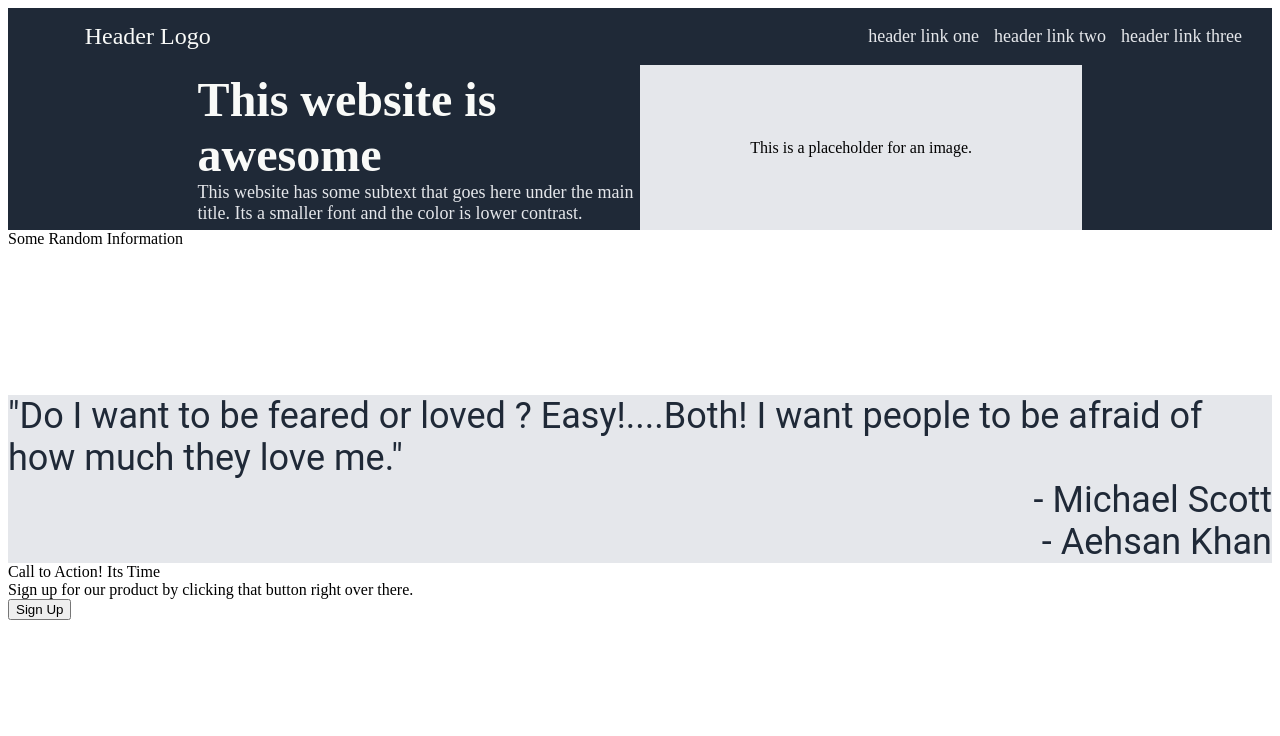
Repository: Aehsan4004/odinlandpage
Page: index.html
An editor plug-in stored every save of this project. The page is shown before and after the next save, followed by the edit.
The browser window is 1280 px wide. The pictures show the whole page.

Above is the page before, as saved 2025-02-10 17:42:25.

After the next save:
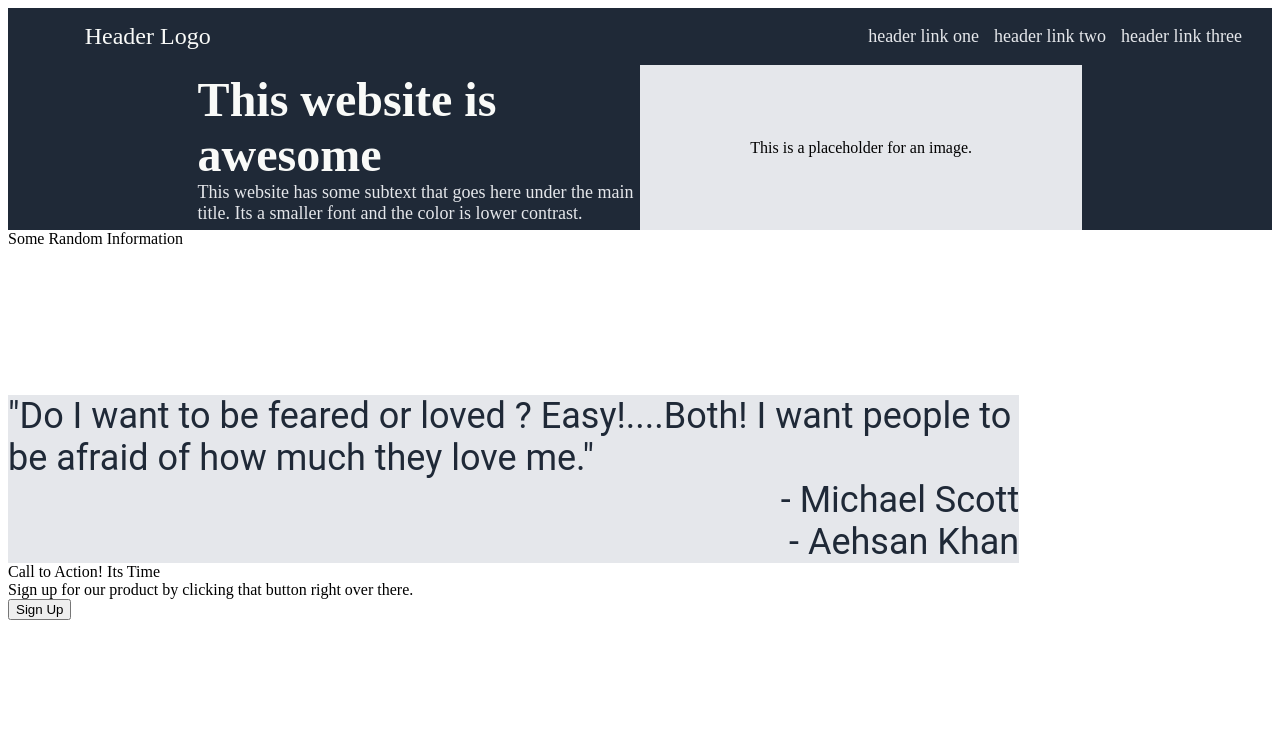
Saved 71 s later.
--- a/styles.css
+++ b/styles.css
@@ -85,13 +85,14 @@
 .four {
     height: 24vh;
     display: flex;
-    flex-direction: column;
+    flex-flow: column wrap;
     align-items: center;
     background-color: #e5e7eb;
     color: #1f2937;
     font-size: 36px;
     font-family: 'roboto', sans-serif;
     font-style: 'light-italic';
+    width: 80%;
 }
 
 .quoter, .requoter {

After the save that followed:
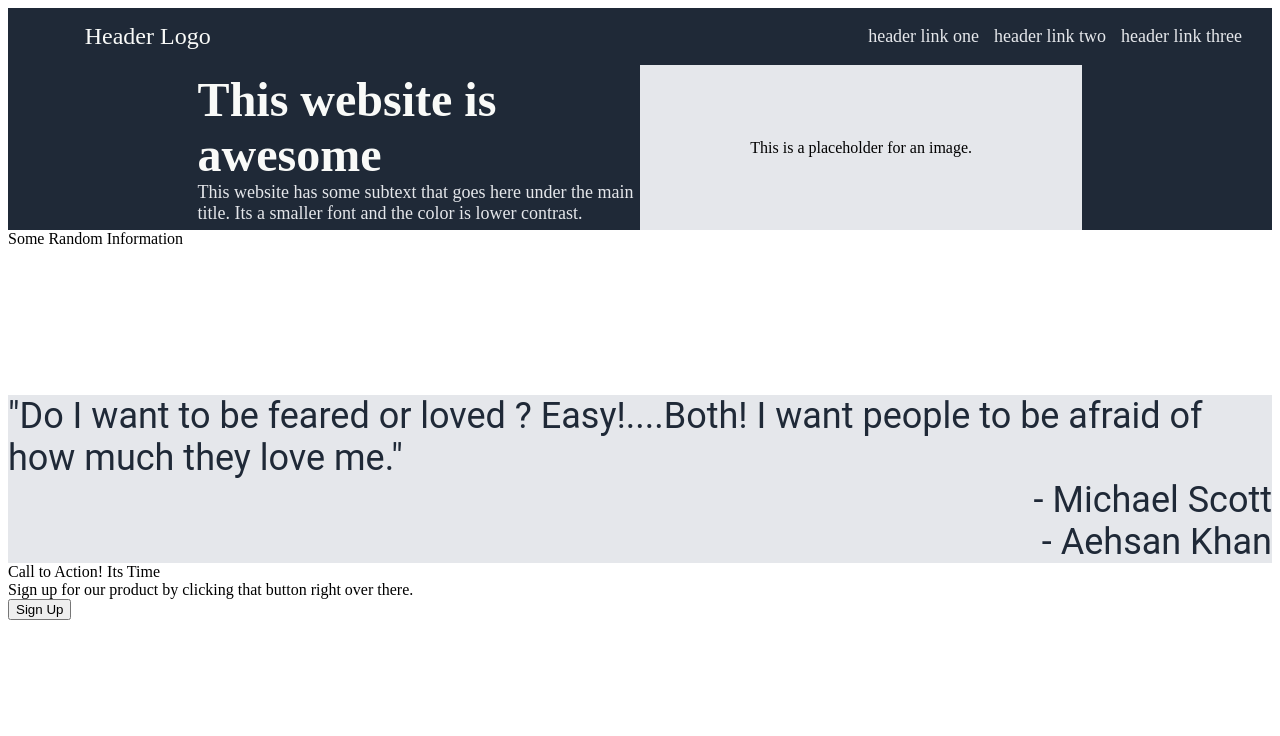
Saved 56 s later.
--- a/styles.css
+++ b/styles.css
@@ -92,7 +92,7 @@
     font-size: 36px;
     font-family: 'roboto', sans-serif;
     font-style: 'light-italic';
-    width: 80%;
+    /* width: 80%; */
 }
 
 .quoter, .requoter {
